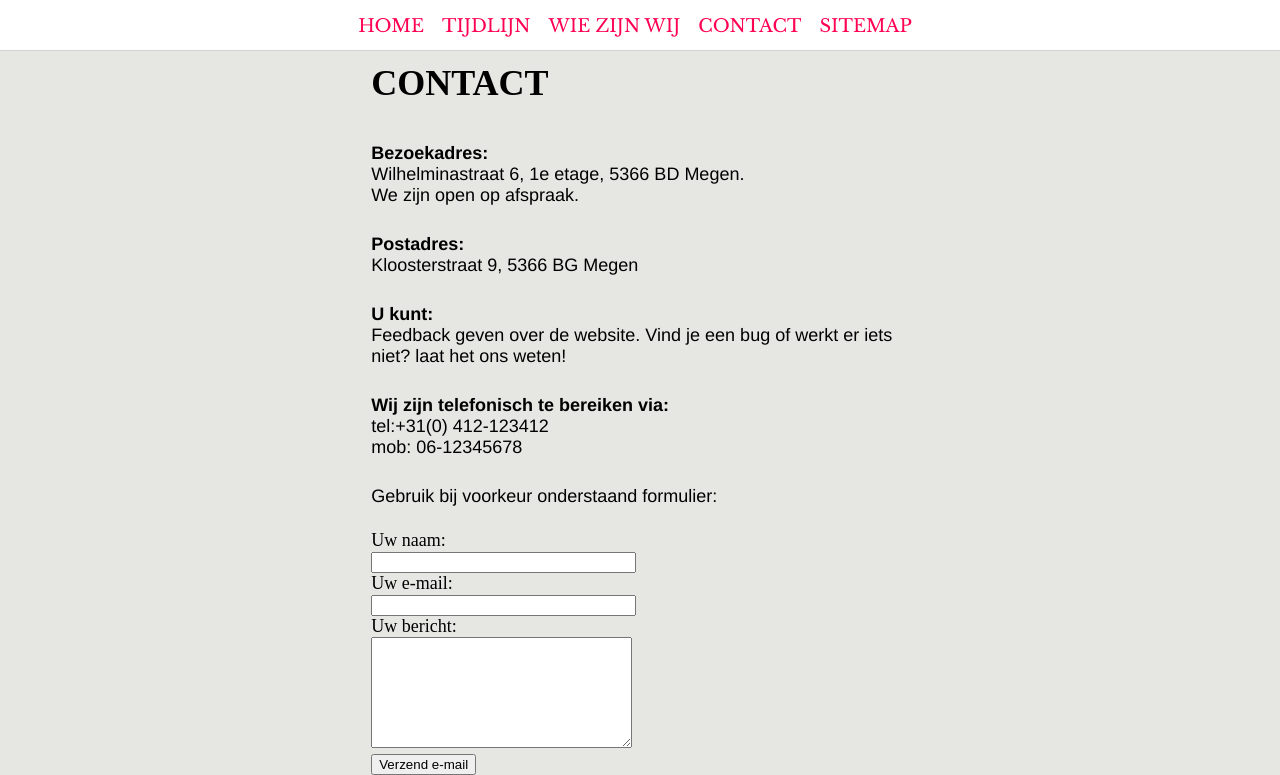
Repository: w1-knippenbergluuk/Applicatieontwikkelaar-2015-2016
Page: http://localhost/contact.php
The author's editor kept a record of every edit. The page is drawn from the files as they stood at one moment, then again after the next edit.
The browser window is 1280 px wide. The pictures show the whole page.
The page is run by PHP 8.4 with error messages shown; the project is at /var/www/html/.

Above is the page before.
Console error: TypeError: Cannot read properties of null (reading 'addEventListener')

After the next edit:
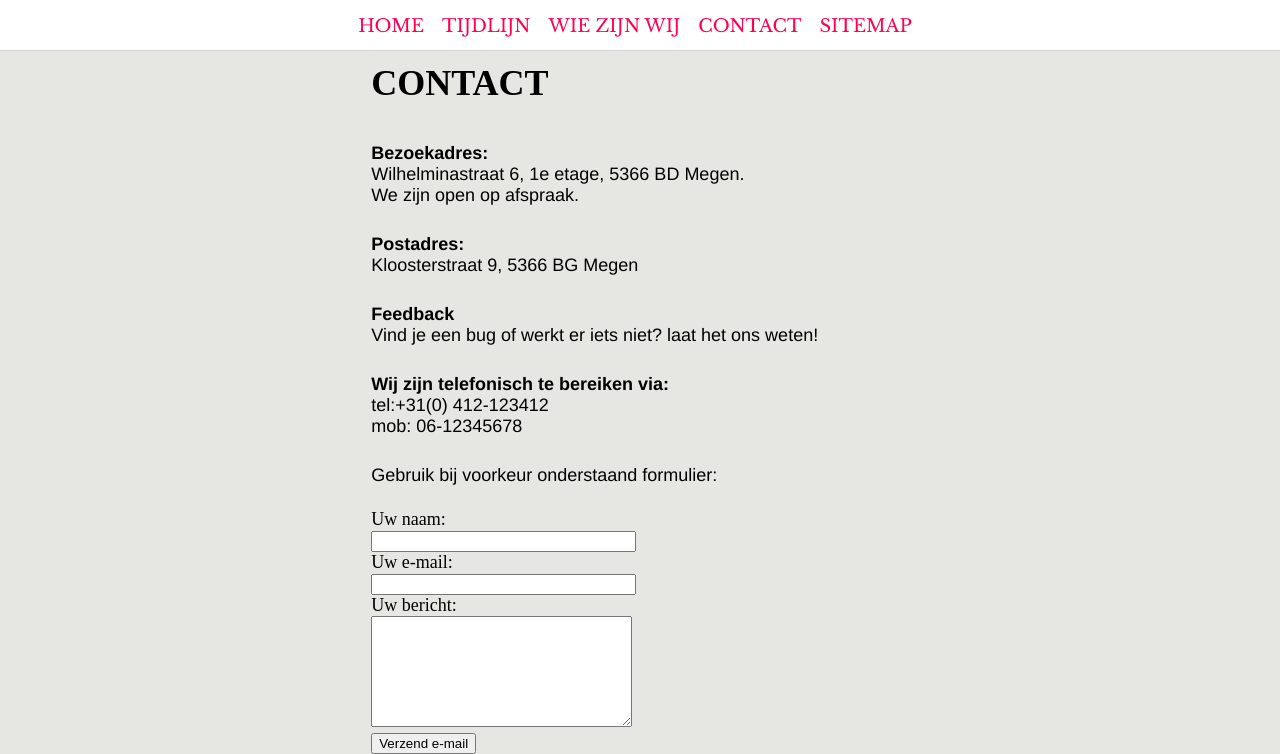
The edit:
--- a/Luuk/Periode1/Project/contact.php
+++ b/Luuk/Periode1/Project/contact.php
@@ -21,8 +21,8 @@
                     Kloosterstraat 9, 5366 BG Megen
                 </p>
                 <p>
-                    <span class="bold">U kunt:</span><br>
-                   Feedback geven over de website. Vind je een bug of werkt er iets niet? laat het ons weten!
+                    <span class="bold">Feedback</span><br>
+                    Vind je een bug of werkt er iets niet? laat het ons weten!
                 </p>
                 <p>
                     <span class="bold">Wij zijn telefonisch te bereiken via:</span><br>
